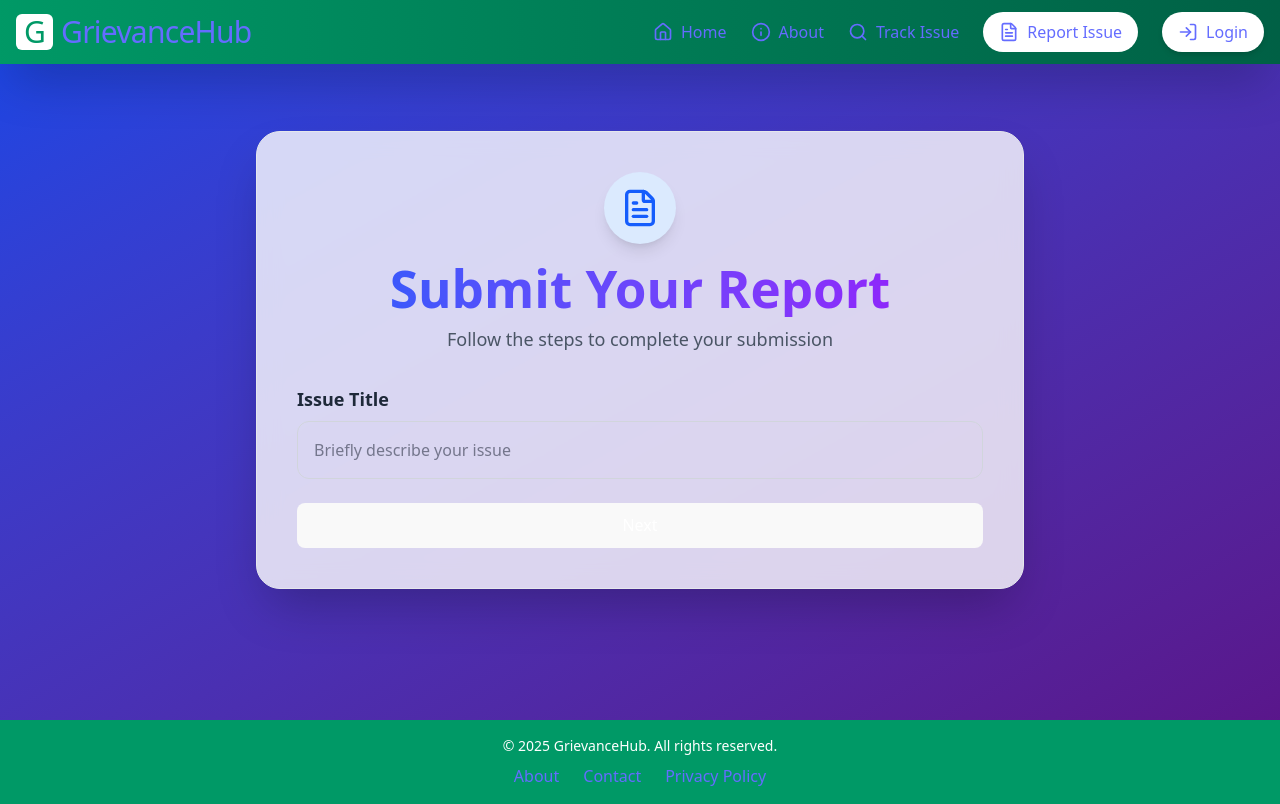
Repository: Aishi4/Grievance-Hub
Page: /report (app in my-vite-Griv/)
The author's editor kept a copy of each file at every save. The page is drawn from the files as they stood at one save, then again after the next save.
The browser window is 1280 px wide. The pictures show the whole page.
The project was rebuilt for these pictures with package versions that can differ from the ones it lists, and the page was loaded fresh each time. Also part of the build but not shown: my-vite-Griv/vite.config.js, my-vite-Griv/src/Home.jsx, my-vite-Griv/src/Report.jsx, my-vite-Griv/src/App.jsx, my-vite-Griv/src/About.jsx, my-vite-Griv/src/TrackIssue.jsx.

Above is the page before, as saved 2025-03-27 21:41:33.

After the next save:
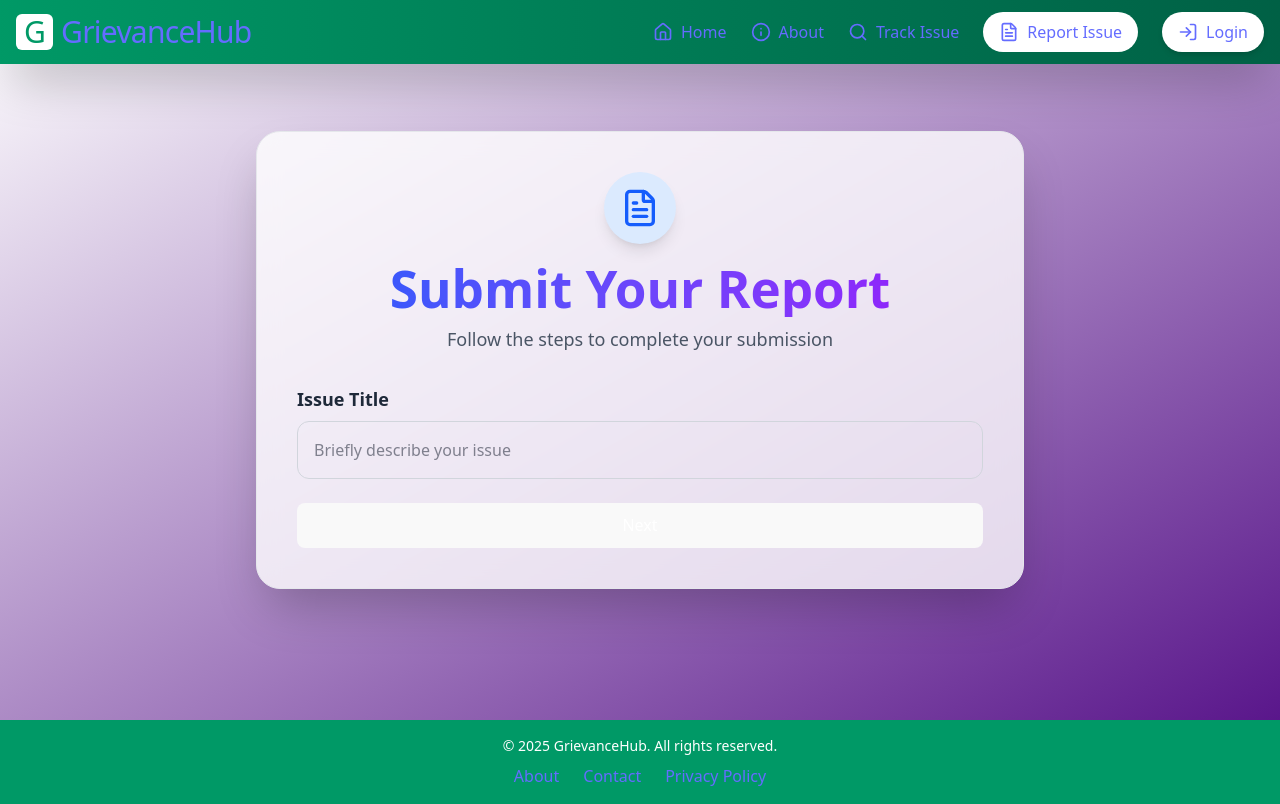
Saved 63 s later.
--- a/my-vite-Griv/src/ReportSubmit.jsx
+++ b/my-vite-Griv/src/ReportSubmit.jsx
@@ -40,7 +40,7 @@ const ReportSubmit = () => {
   };
 
   return (
-    <div className="h-screen w-screen bg-gradient-to-br from-blue-700 to-purple-900 flex items-center justify-center p-6">
+    <div className="h-screen w-screen bg-gradient-to-br from-white-700 to-purple-900 flex items-center justify-center p-6">
       <motion.div
         initial={{ opacity: 0, scale: 0.9 }}
         animate={{ opacity: 1, scale: 1 }}
